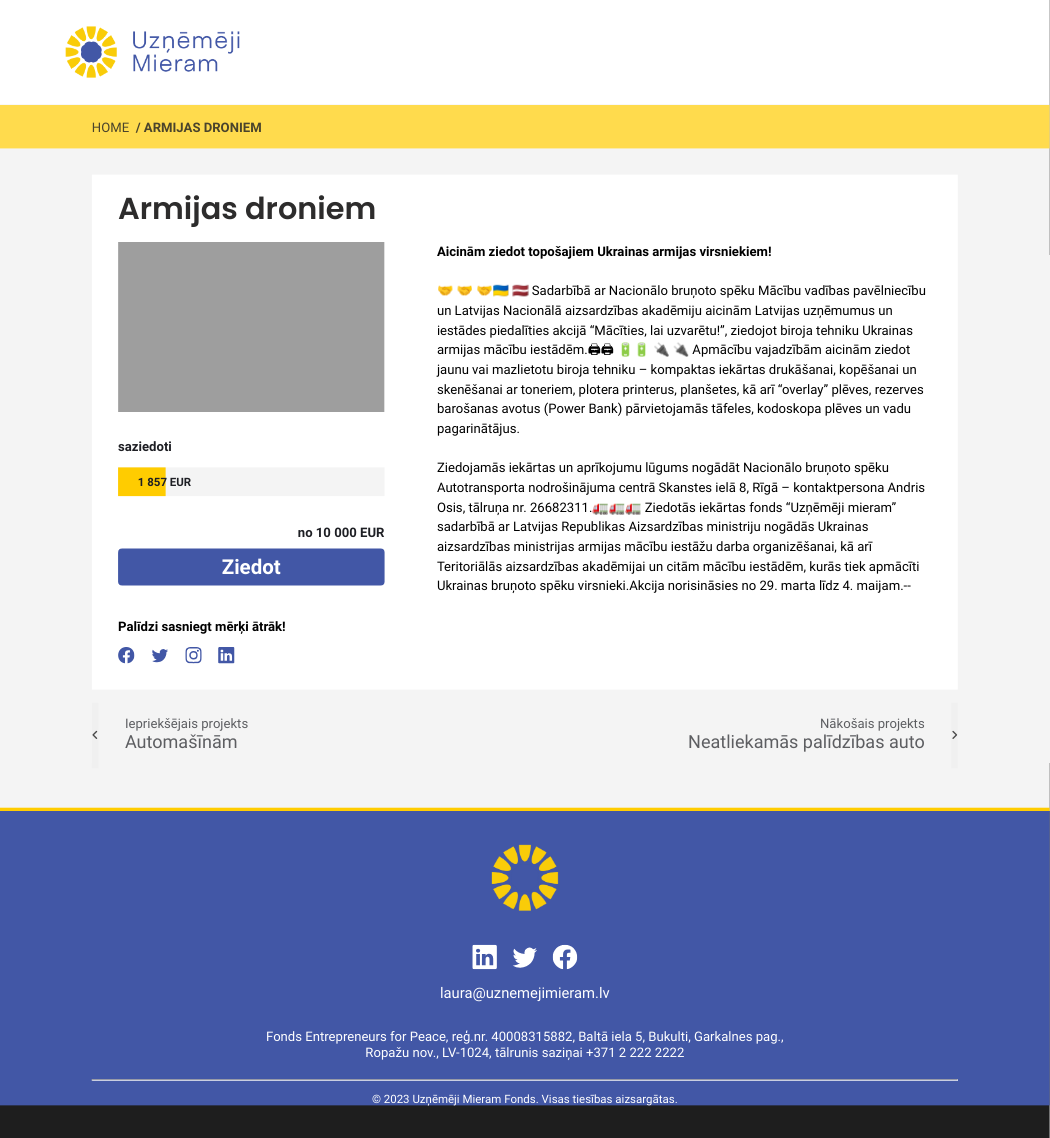
Repository: KatrinaPa/projekts11
Page: projekts-drones.html
The author's editor kept a copy of each file at every save. The page is drawn from the files as they stood at one save, then again after the next save.
The browser window is 1280 px wide. The pictures show the whole page, at 82% of full size.
Pictures or frames that could not be fetched are drawn as grey boxes.

Above is the page before, as saved 2023-05-30 22:37:26.
Console error: TypeError: Cannot read properties of null (reading 'children')

After the next save:
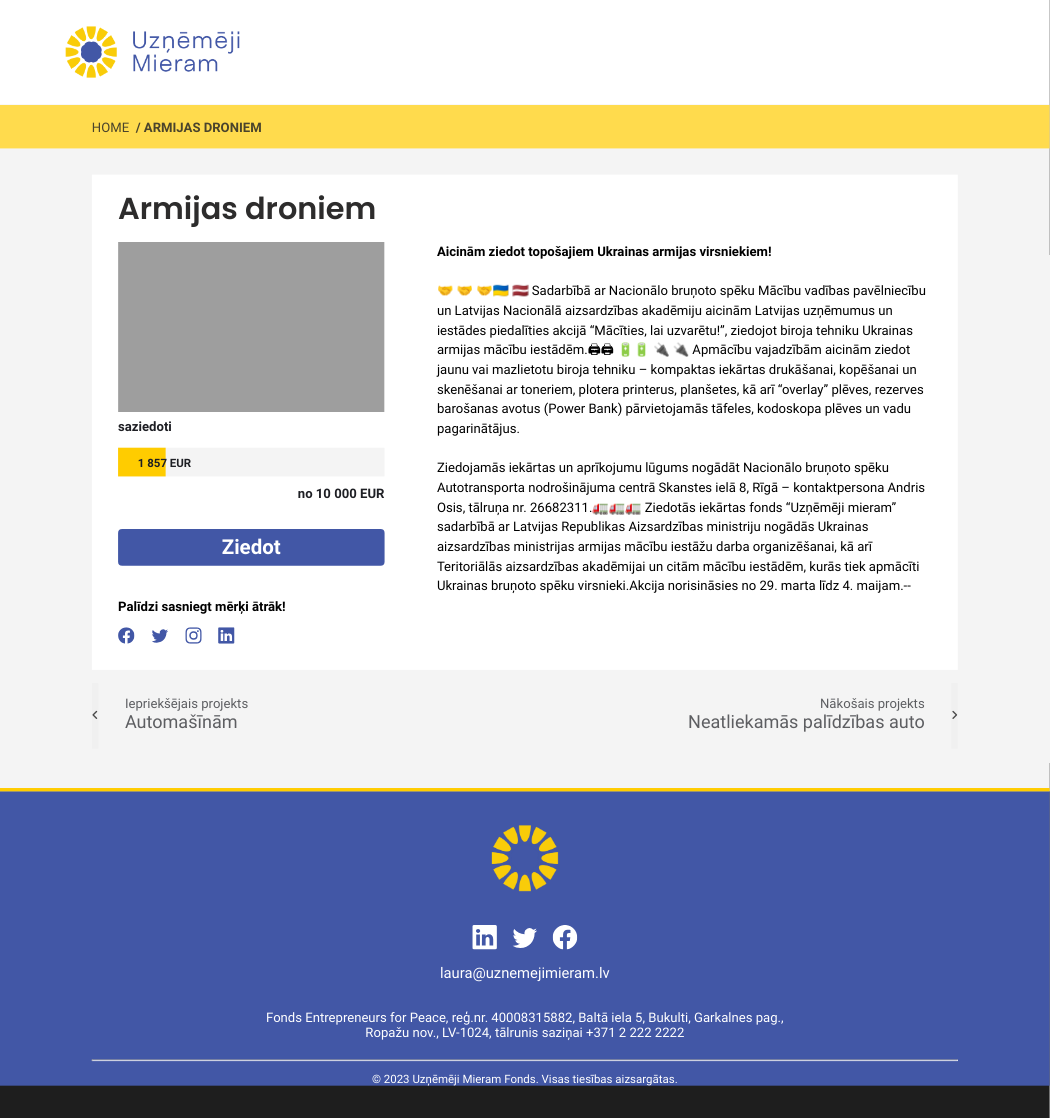
Saved 22 s later.
--- a/assets/projekti.css
+++ b/assets/projekti.css
@@ -141,7 +141,7 @@
     color: #1E1F24;
 }
 
-.thMeter_raised p {
+.thMeter_raised:first-child p {
     margin-top: 2rem;
 }
 

After the save that followed:
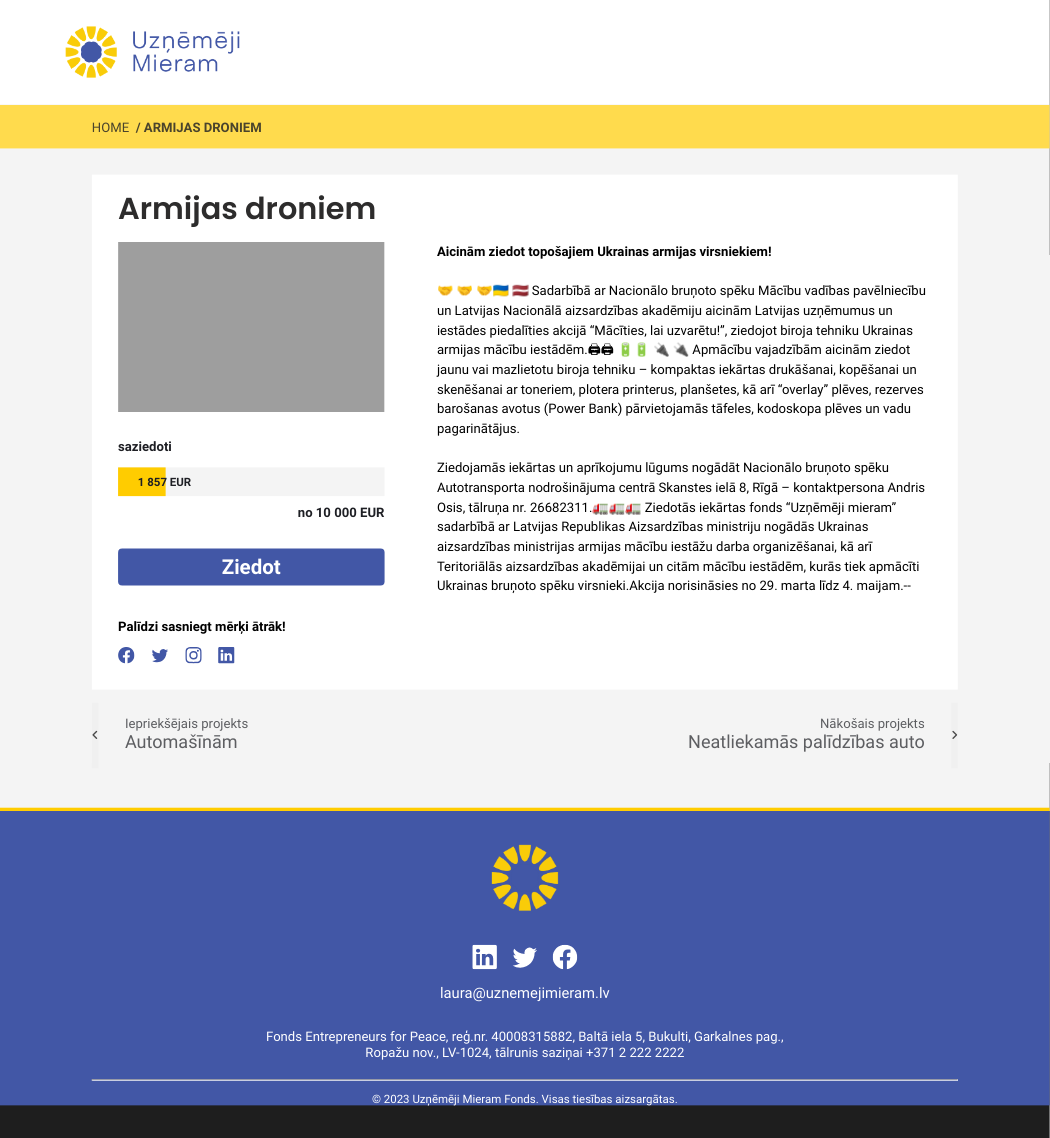
Saved 20 s later.
--- a/assets/projekti.css
+++ b/assets/projekti.css
@@ -141,7 +141,7 @@
     color: #1E1F24;
 }
 
-.thMeter_raised:first-child p {
+.thMeter_raised p:first-child {
     margin-top: 2rem;
 }
 
